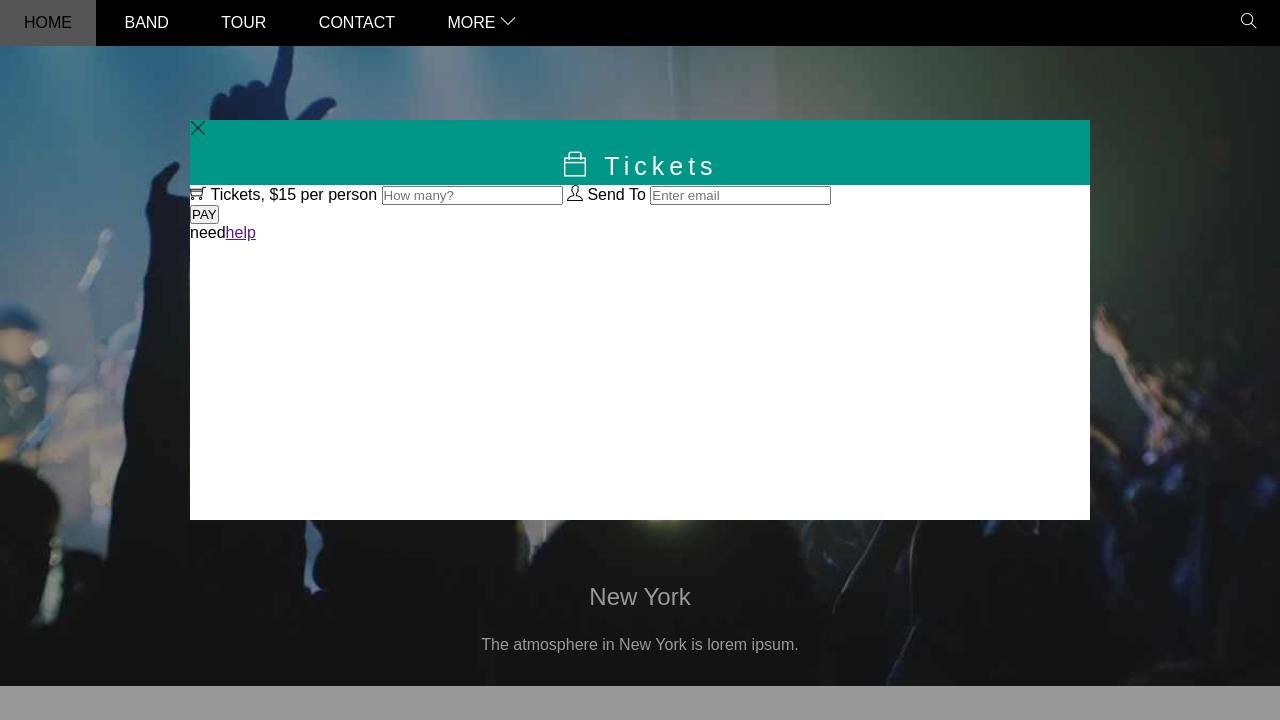
Repository: tung1233hhhhhhhhhhhhh/Website
Page: w3_band/index.html
These files come from the project's save history. The page is drawn as it stood at one moment and after the next save; the edit follows.
The browser window is 1280 px wide. The pictures show the window.
A layer covers the whole window, so only the first screen is drawn.

Above is the page before, as saved 2023-02-18 21:25:15.

After the next save:
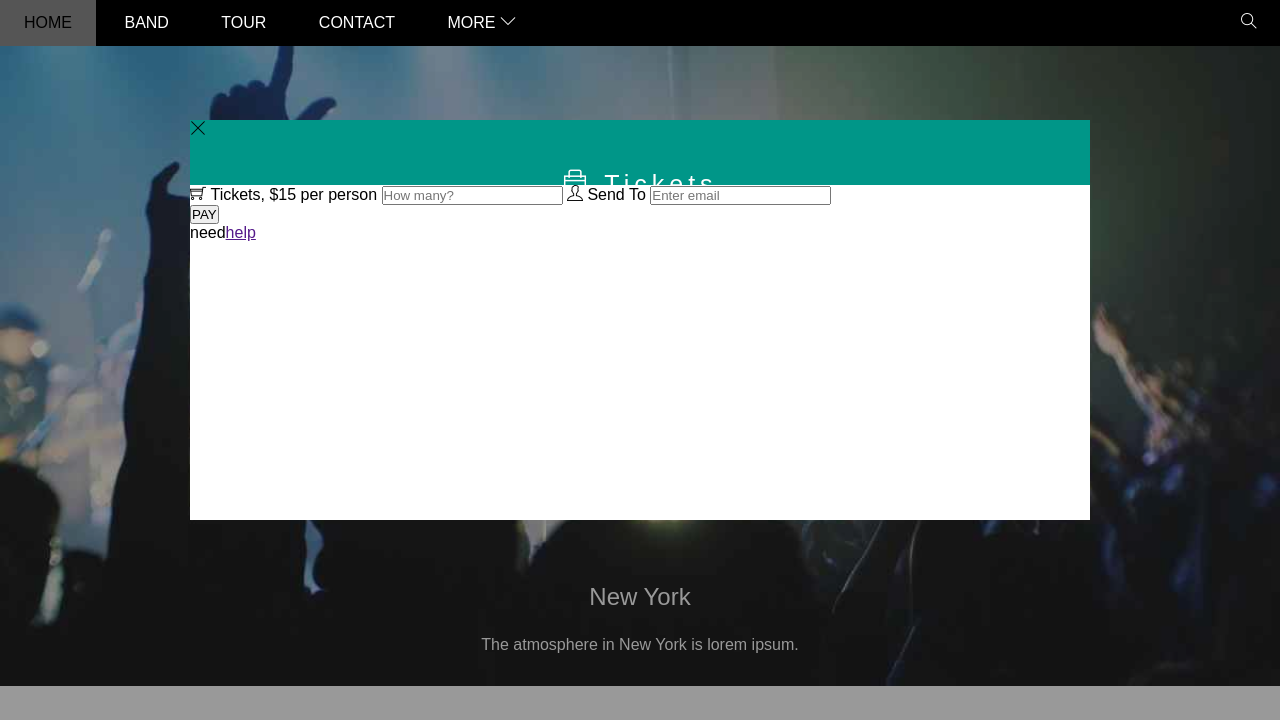
Saved 9 s later.
--- a/w3_band/assets/css/style.css
+++ b/w3_band/assets/css/style.css
@@ -406,6 +406,7 @@
     color: #FFF;
     letter-spacing: 5px;
     text-align: center;
-
-
-}
+    line-height: 65px;
+
+
+}

After the save that followed:
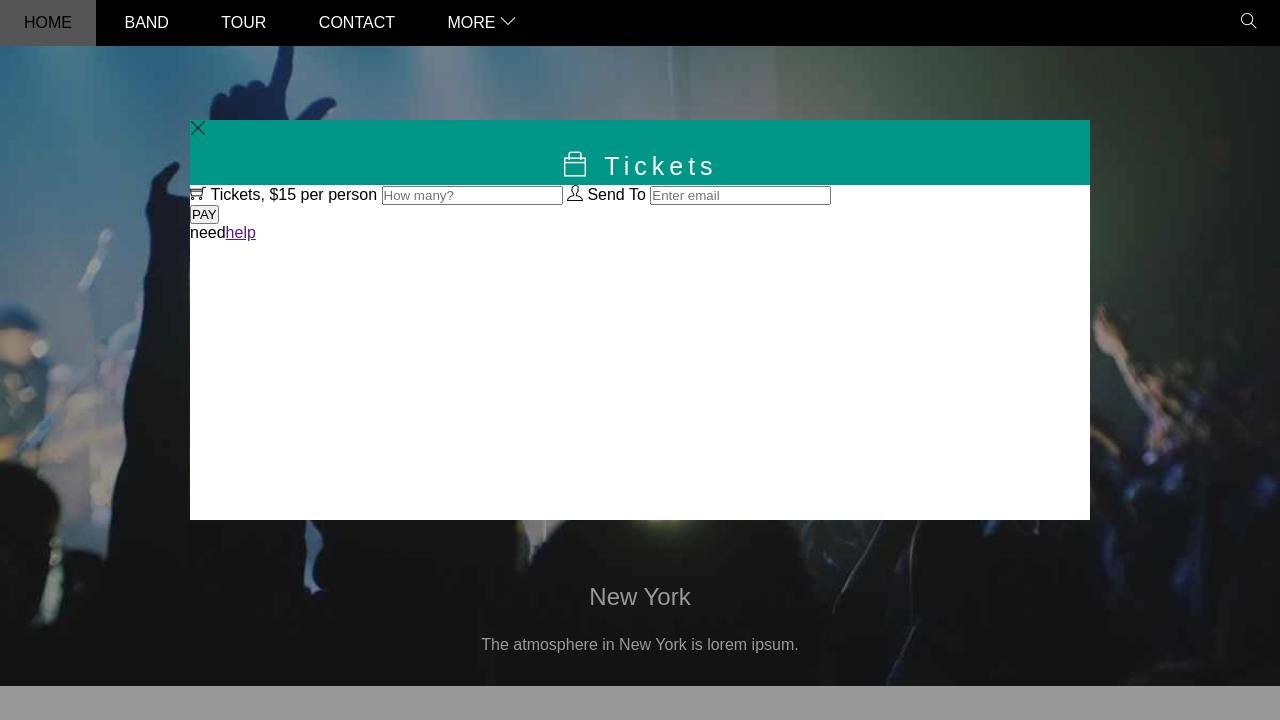
Saved 22 s later.
--- a/w3_band/assets/css/style.css
+++ b/w3_band/assets/css/style.css
@@ -406,7 +406,6 @@
     color: #FFF;
     letter-spacing: 5px;
     text-align: center;
-    line-height: 65px;
-
-
-}
+
+
+}
